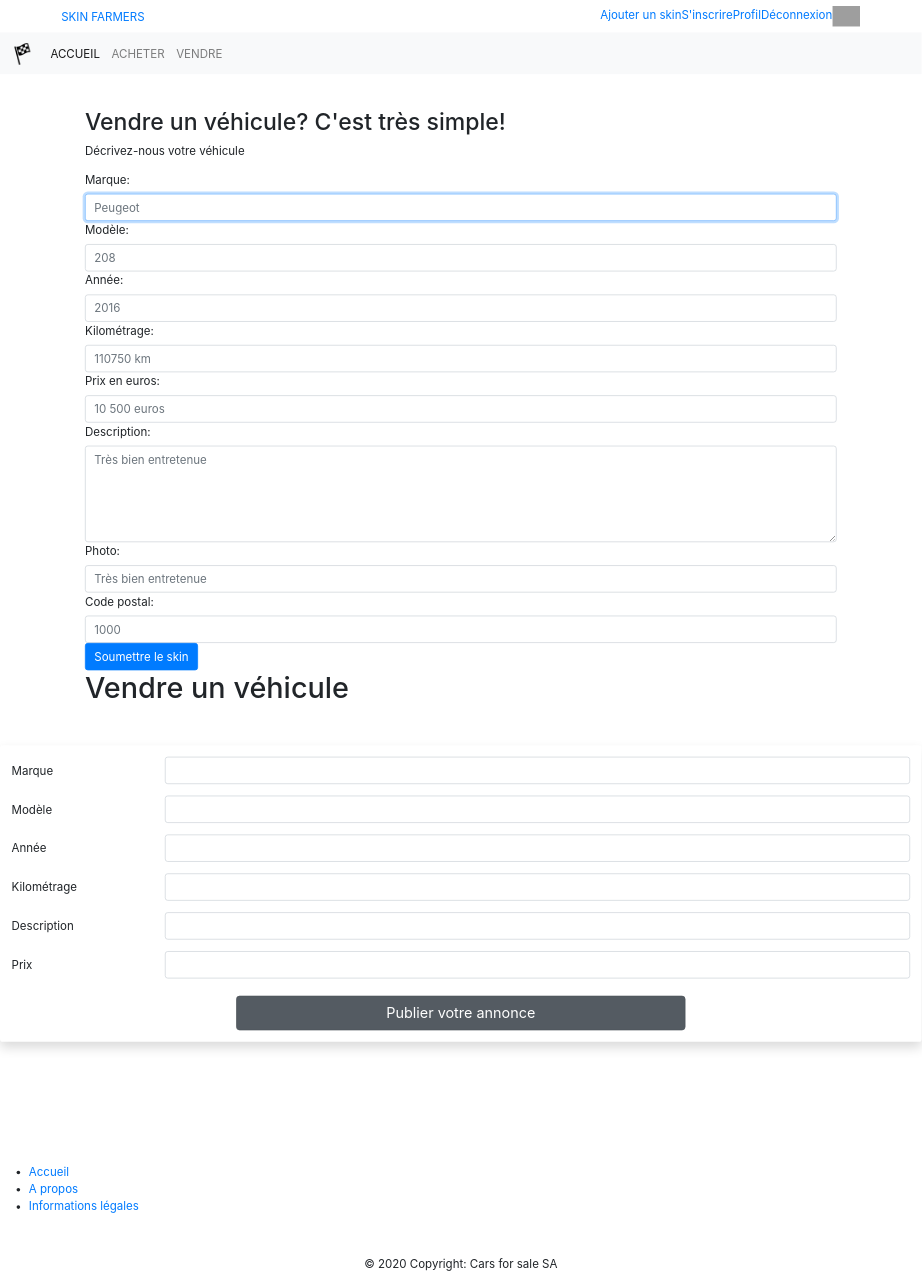
Repository: JonasvanHoorebeke/node_project_carforsale_final
Page: http://localhost/annonce/add
The author's editor kept a copy of each file at every save. The page is drawn from the files as they stood at one save, then again after the next save.
The browser window is 1280 px wide. The pictures show the whole page, at 72% of full size.
Pictures or frames that could not be fetched are drawn as grey boxes. The page is served by the project's Node server (server.js). Other server files are loaded and not shown.

Above is the page before, as saved 2020-08-25 10:29:34.

### views/annonce_add.ejs

<%- include('header.ejs') %>
<div class="container p-5">
  <h2 class="introsignup">Vendre un véhicule? C'est très simple!</h2>
  <p>Décrivez-nous votre véhicule</p>
  <form action="/annonce/save" method="post">
    <div class="infosignup">
        <label for="marque" class="nomdescases">Marque:</label>
        <input type="text" class="form-control" id="marque" placeholder="Peugeot" name="marque" required autofocus>
    </div>
    <div class="infosignup">
        <label for="modele" class="nomdescases">Modèle:</label>
        <input type="text" class="form-control" id="modele" placeholder="208" name="modele" required aria-label="modele">
    </div>
    <div class="infosignup">
        <label for="annee" class="nomdescases">Année:</label>
        <input type="number" class="form-control" id="annee" placeholder="2016" name="annee" required aria-label="annee">
    </div>
    <div class="infosignup">
        <label for="kilometrage" class="nomdescases">Kilométrage:</label>
        <input type="number" class="form-control" id="kilometrage" placeholder="110750 km" name="kilometrage" required aria-label="kilometrage">
    </div>
    <div class="infosignup">
        <label for="prix" class="nomdescases">Prix en euros:</label>
        <input type="number" class="form-control" id="pwd" placeholder="10 500 euros" name="prix" required aria-label="prix">
    </div>
    <div class="infosignup">
        <label for="description" class="nomdescases">Description:</label>
        <textarea type="textarea" cols="40" rows="5" class="form-control" id="description" placeholder="Très bien entretenue" name="description" required aria-label="description"></textarea>
    </div>
    <div class="infosignup">
        <label for="photo" class="nomdescases">Photo:</label>
        <input type="text" class="form-control" id="photo" placeholder="Très bien entretenue" name="photo" required aria-label="photo">
    </div>
    <div class="infosignup">
        <label for="codepostal" class="nomdescases">Code postal:</label>
        <input type="text" class="form-control" id="codepostal" placeholder="1000" name="codepostal" required aria-label="codepostal">
    </div>
    <!--div class="infosignup">
        <label for="idcateg" class="nomdescases">Catégorie: (1 = ancien , 2 = récent, 3 = neuf)</label>
        <input type="text" class="form-control" id="categ" placeholder="2" name="idcateg" required>
    </div-->
    <!--<div class="infosignup">
        <label for="idcateg" class="nomdescases">Catégorie   :   (1 = ancien , 2 = récent, 3 = neuf)&nbsp&nbsp&nbsp&nbsp</label>
            <select id="idcateg" name="idcateg" required>
                <option value="1">1</option>
                <option value="2">2</option>
                <option value="3">3</option>
            </select>
    </div>
    <div class="infosignup">
        <label for="idrare" class="nomdescases">Catégorie   :   (1 = Commun , 2 = Peu commun, 3 = Rare, 4 = Mythique)&nbsp&nbsp&nbsp&nbsp</label>
            <select id="idrare" name="idrare" required>
                <option value="1">1</option>
                <option value="2">2</option>
                <option value="3">3</option>
                <option value="4">4</option>
            </select>
    </div>-->
    <div class="login">
    <button type="submit" class="btn btn-primary" class="login">Soumettre le skin</button>
</div>
</form>



<h1>Vendre un véhicule</h1>
</div>
</div>
<form class="form-group shadow p-3 mb-5 text-black bg-white rounded" method='post'>
<div class="form-group row">
    <label for="inputMarque" class="col-sm-2 col-form-label">Marque</label>
    <div class="col-sm-10">
      <input type="marque" class="form-control" id="inputMarque" name='marque'>
    </div>
</div>
<div class="form-group row">
    <label for="inputModele" class="col-sm-2 col-form-label">Modèle</label>
    <div class="col-sm-10">
      <input type="modele" class="form-control" id="inputModèle" name='modele'>
    </div>
</div>
<div class="form-group row">
    <label for="inputAnnee" class="col-sm-2 col-form-label">Année</label>
    <div class="col-sm-10">
      <input type="annee" class="form-control" id="inputAnnée" name='annee'>
    </div>
</div>
<div class="form-group row">
    <label for="inputKilometrage" class="col-sm-2 col-form-label">Kilométrage</label>
    <div class="col-sm-10">
      <input type="kilometrage" class="form-control" id="inputKilometrage" name='kilometrage'>
    </div>
</div>
<div class="form-group row">
    <label for="textDescription" class="col-sm-2 col-form-label">Description</label>
    <div class="col-sm-10">
        <input type="description" class="form-control" id="textDescription" name='description'></textarea>
    </div>
</div>
<div class="row" class="form-group row">
    <label for="inputPrix" class="col-sm-2 col-form-label">Prix</label>
    <div class="col-sm-10">
      <input type="prix" class="form-control" id="inputPrix" name='prix'>
</div>
</div>
</br>
<button class="btn btn-secondary btn-lg active col-md-6 offset-md-3">Publier votre annonce</button>
    <input type="hidden"/>
</form>






</div>
</br></br></br></br></br>
<%- include('footer.ejs') %>

### views/header.ejs
<!DOCTYPE html>
<html lang="fr">

<head>
  <title>Skin Farmers - La plateforme de vente de skins</title>
  <meta charset="utf-8">
  <meta name="viewport" content="width=device-width, initial-scale=1.0">
  <!--<link href="/css/style.css" rel="stylesheet" type="text/css">
  <link rel="stylesheet" href="https://maxcdn.bootstrapcdn.com/bootstrap/4.3.1/css/bootstrap.min.css">
  <script type="text/javascript" src="../scripts/scriptindex.js"></script>
  <script src="https://ajax.googleapis.com/ajax/libs/jquery/3.4.1/jquery.min.js"></script>
  <script src="https://maxcdn.bootstrapcdn.com/bootstrap/4.3.1/js/bootstrap.min.js"></script>-->
  <link rel="stylesheet" href="https://stackpath.bootstrapcdn.com/bootstrap/4.4.1/css/bootstrap.min.css" integrity="sha384-Vkoo8x4CGsO3+Hhxv8T/Q5PaXtkKtu6ug5TOeNV6gBiFeWPGFN9MuhOf23Q9Ifjh" crossorigin="anonymous">
    <!-- Plugin JS, jQuery Bootstrap -->
    <script src="https://code.jquery.com/jquery-3.5.1.slim.min.js" integrity="sha384-DfXdz2htPH0lsSSs5nCTpuj/zy4C+OGpamoFVy38MVBnE+IbbVYUew+OrCXaRkfj" crossorigin="anonymous"></script>
    <script src="https://cdn.jsdelivr.net/npm/popper.js@1.16.0/dist/umd/popper.min.js" integrity="sha384-Q6E9RHvbIyZFJoft+2mJbHaEWldlvI9IOYy5n3zV9zzTtmI3UksdQRVvoxMfooAo" crossorigin="anonymous"></script>
    <script src="https://stackpath.bootstrapcdn.com/bootstrap/4.5.0/js/bootstrap.min.js" integrity="sha384-OgVRvuATP1z7JjHLkuOU7Xw704+h835Lr+6QL9UvYjZE3Ipu6Tp75j7Bh/kR0JKI" crossorigin="anonymous"></script>

</head>
<body>
    <nav class="navbar navbar-light navbar-expand-md navigation-clean">
        <div class="container"><a class="skinfarmers" href="/">SKIN FARMERS</a><button data-toggle="collapse" class="navbar-toggler" data-target="#navcol-1"><span class="sr-only">Toggle navigation</span><span class="navbar-toggler-icon"></span></button>
            <div class="collapse navbar-collapse"
                id="navcol-1">
                <ul class="nav navbar-nav ml-auto">
                    <li role="presentation"><a class="navboutonergo" href="/annonce/add">Ajouter un skin</a></li>
                    <!--li role="presentation"><a class="navbouton" href="#">Fonctionnement</a></li>-->
                    <li role="presentation"><a class="navbouton" href="/signup/now">S'inscrire</a></li>
                    <li role="presentation"><a class="navbouton" href="/profil">Profil</a></li>
                    <li role="presentation"><a class="navbouton" href="/logout">Déconnexion</a></li>
                    <!--li role="presentation"><a class="navbouton" href="/cart">cart</a></li>-->
                    <li><a href="/cart" class="cartlogo"><img src="/css/ttt.png" alt="bouton panier" style="max-width: 39px;"></a></li>
                </ul>
            </div>
        </div>
    </nav>
    <!-- Menu -->
    <nav class="navbar navbar-expand-sm navbar-light bg-light">
        <a class="navbar-brand" href="/">
          <img src="images/cars-for-sale-logo.png" width="30" height="30" alt="Logo de Cars for sale">
        </a>
        <button class="navbar-toggler" type="button" data-toggle="collapse" data-target="#navbarNav" aria-controls="navbarNav" aria-expanded="false" aria-label="Toggle navigation">
          <span class="navbar-toggler-icon"></span>
        </button>
        <div class="collapse navbar-collapse" id="navbarNav">
          <ul class="navbar-nav">
            <li class="nav-item active">
              <a class="nav-link" href="/">ACCUEIL <span class="sr-only">(current)</span></a>
            </li>
            <li class="nav-item">
              <a class="nav-link" href="/acheter">ACHETER</a>
            </li>
            <li class="nav-item">
              <a class="nav-link" href="/form">VENDRE</a>
            </li>
          </ul>
        </div>
      </nav>

### views/footer.ejs
<!--<!DOCTYPE html>
<html lang="fr">
<head>
  <title></title>
  <meta charset="utf-8">
  <meta name="viewport" content="width=device-width, initial-scale=1.0">
  <link rel="stylesheet" href="https://stackpath.bootstrapcdn.com/bootstrap/4.4.1/css/bootstrap.min.css" integrity="sha384-Vkoo8x4CGsO3+Hhxv8T/Q5PaXtkKtu6ug5TOeNV6gBiFeWPGFN9MuhOf23Q9Ifjh" crossorigin="anonymous">
  <link href="/css/style.css" rel="stylesheet" type="text/css">
  <link rel="stylesheet" href="https://maxcdn.bootstrapcdn.com/bootstrap/4.3.1/css/bootstrap.min.css">
</head>
<div id="page">
  <div class="footerr">
      <footer>
          <ul class="boutonfooter">
              <li class="bouton"><a href="/">Accueil</a></li>
              <li class="bouton"><a href="#">A propos</a></li>
              <li class="bouton"><a href="/infoleg">Informations légales</a></li>
          </ul>
      </br>
          <p class="copyright">Skins FARMERS @ 2020</p>
      </footer>
  </div>
</div>
</body>
</html>

    <!-- Footer -->
    <footer class="page-footer font-small blue">
      <ul class="boutonfooter">
        <li class="bouton"><a href="/">Accueil</a></li>
        <li class="bouton"><a href="#">A propos</a></li>
        <li class="bouton"><a href="/infoleg">Informations légales</a></li>
      </ul>
      </br>
      <!-- Copyright -->
      <div class="footer-copyright text-center py-3">© 2020 Copyright:
          <a> Cars for sale SA</a>
      </div>
  </footer>

### server.js
const path = require('path');
const express = require('express');
const ejs = require('ejs');
const bodyParser = require('body-parser');
const mysql = require('mysql');
const app = express();
const http = require('http');
const mysqlConnection = require("./connection.js");
var router = express.Router();
var session = require('express-session');
var cookieParser = require('cookie-parser');



//set views file
app.set('views',path.join(__dirname,'views'));

//set view engine
app.set('view engine', 'ejs');
app.use(bodyParser.json());
app.use(bodyParser.urlencoded({ extended: false }));
app.use(cookieParser());
app.use(session({
  secret: 'secret',
  resave: false,
  saveUninitialized: true
}))
app.use(express.static(__dirname + '/public')) //pour utiliser le css en local (fichiers statiques)



//app.use('/', routesUsers);
let routesUsers = require("./routes/routesAnnonces");
app.use('/', routesUsers);
// Server Listening
app.listen(3000, () => {
    console.log('I am feeling great on port 3000');
});

### controllers/annonceControllers.js

let mysqlConnection = require('../connection');
let Annonce = require('../models/userModels');

/* GET home page. */
exports.mainrender = function (req, res) {
  let sql = "SELECT * FROM annonce INNER JOIN categorie ON categorie.idcategorie = annonce.idcategorie";
  let query = mysqlConnection.query(sql, (err, rows) => {
      if(req.session.role === 'SuperAdmin')
      res.render('admin.ejs', {
          title : 'Annonces',
          annonce : rows
      });
      else{
      res.render('admin.ejs', {
          title :'Annonces',
          annonce : rows

      })
      }
  });
};

/* GET form for new annonce */
exports.annonceNew = function (req, res) {
  res.render('annonce_add', {
      title : "Vendre un véhicule"
  });
};

  /* POST form for new annonce */
  exports.annonceAdd = function (req, res) {
  let annonce = new Annonce(req.body.idannonce, req.body.marque, req.body.modele, req.body.annee, req.body.kilometrage, req.body.prix, req.body.description, req.body.photo, req.body.codepostal, req.body.categorie);
  console.log(annonce);
  mysqlConnection.query("INSERT INTO annonce SET?",
      annonce, function (err, results) {
          if (err) {
              res.status(400).send(error);
          } else {
              res.status(200).redirect('/');
          }
      });
  };

  /* GET update annonce */
  exports.annonceUpdate = function (req, res) {
  let annonce = new Annonce(req.body.idannonce, req.body.marque, req.body.modele, req.body.annee, req.body.kilometrage, req.body.prix, req.body.description, req.body.photo, req.body.codepostal);
  console.log(annonce);
  mysqlConnection.query("UPDATE annonce SET marque='"+req.body.marque+"', modele='"+req.body.modele+"', annee='"+req.body.annee+"' where idannonce ="+req.body.idannonce,
      [annonce, req.body.idannonce], function (err, results) {
          if (err) {
              console.log(error);
              res.status(400).send(error);
          } else {
              res.status(202).redirect('/');
          }
      })
};

  /* POST update annonce */
exports.annonceEdit = function (req, res) {
  const id = req.params.id;
  let sql = `SELECT * FROM annonce WHERE idannonce = ${id} `; // idannonce = nom clé primaire dans la bd, id est lié au server
  let query = mysqlConnection.query(sql,(err, result)=>{
      if(err) throw err;
      res.render('annonce_edit',{
          title : 'Annonce',
          user : result[0]
      });
  });
};

  /* GET delete annonce */
  exports.annonceDelete = function (req, res) {
  const id = req.params.id;
  let sql = `DELETE from annonce WHERE idannonce = ${id}`;
  let query = mysqlConnection.query(sql,(err, result)=>{
      if(err) throw err;
      res.redirect('/');
  });
};

  /* GET an annonce */
  exports.annonce = function (req, res) {
  const id = req.params.id;
  let sql = `SELECT * from annonce WHERE idannonce = ${id}`;
  let query = mysqlConnection.query(sql,(err, result)=>{
      if(err) throw err;
      res.render('annonce_page',{
          title : 'Annonce demandée',
          annonce : result[0]
      });
  });
};





/* GET home page.
router.get('/', function(req, res, next) {
    res.render('index', { title: 'Cars for Sale' });
  });

  GET test connection.
  router.get('/testconnect', function(req, res, next){
    if (db != null) {
      res.send('La connexion est établie');
    } else {
      res.send('Échec de la tentative de connexion');
    }
  });

  GET generate list of annonces
  router.get('/acheter', function(req, res, next){
    db.query('SELECT * FROM tb_annonce', function(err, rs) {
      res.render('select', {acheter: rs}); // res.render = génère un modèle de vue
    });
  });

   GET generate specific annonce
   router.get('/detail', function(req, res, next){
    db.query('SELECT FROM tb_annonce WHERE id = ?', function(err, rs) {
      res.render('detail', {detail: rs}); // res.render = génère un modèle de vue
    });
  });

   GET form for new annonce
  router.get('/form', function(req, res, next){
    res.render('form', { acheter: {} });
  });

   POST form for new annonce
  router.post('/form', function(req, res, next){
    db.query('INSERT INTO tb_annonce SET ?', req.body, function(err, rs){
      res.render('new');
    })
  })

   GET delete annonce
  router.get('/delete', function(req, res, next) {
    db.query('DELETE FROM tb_annonce WHERE id = ?', req.query.id, function(err, rs) {
      res.redirect('/acheter');
    })
  });

   GET update annonce
  router.get('/edit', function(req, res, next) {
    db.query('SELECT * FROM tb_annonce WHERE id = ?', req.query.id, function(err, rs){
      res.render('form', {acheter: rs[0]});
    })
  });

   POST update annonce
  router.post('/edit', function(req, res, next) {
    var param =  [
      req.body,       // data for query
      req.query.id    // condition for update
    ]
    db.query('UPDATE tb_annonce SET ? WHERE id = ?', param, function(err, rs) {
      res.redirect('/acheter');    // go to page select
    })
  })
  */

### connection.js
const mysql = require("mysql");

var mysqlConnection = mysql.createConnection({
    host : "localhost",
    user : "root",
    password : "root",
    database : "db_carforsale",
    multipleStatements : true
});

mysqlConnection.connect((err)=>{
    if(!err)
        {
            console.log("Database connected <3");
        }
    else
        {
            console.log("Something went wrong with the database :( ");
        }
})

module.exports = mysqlConnection;

After the next save:
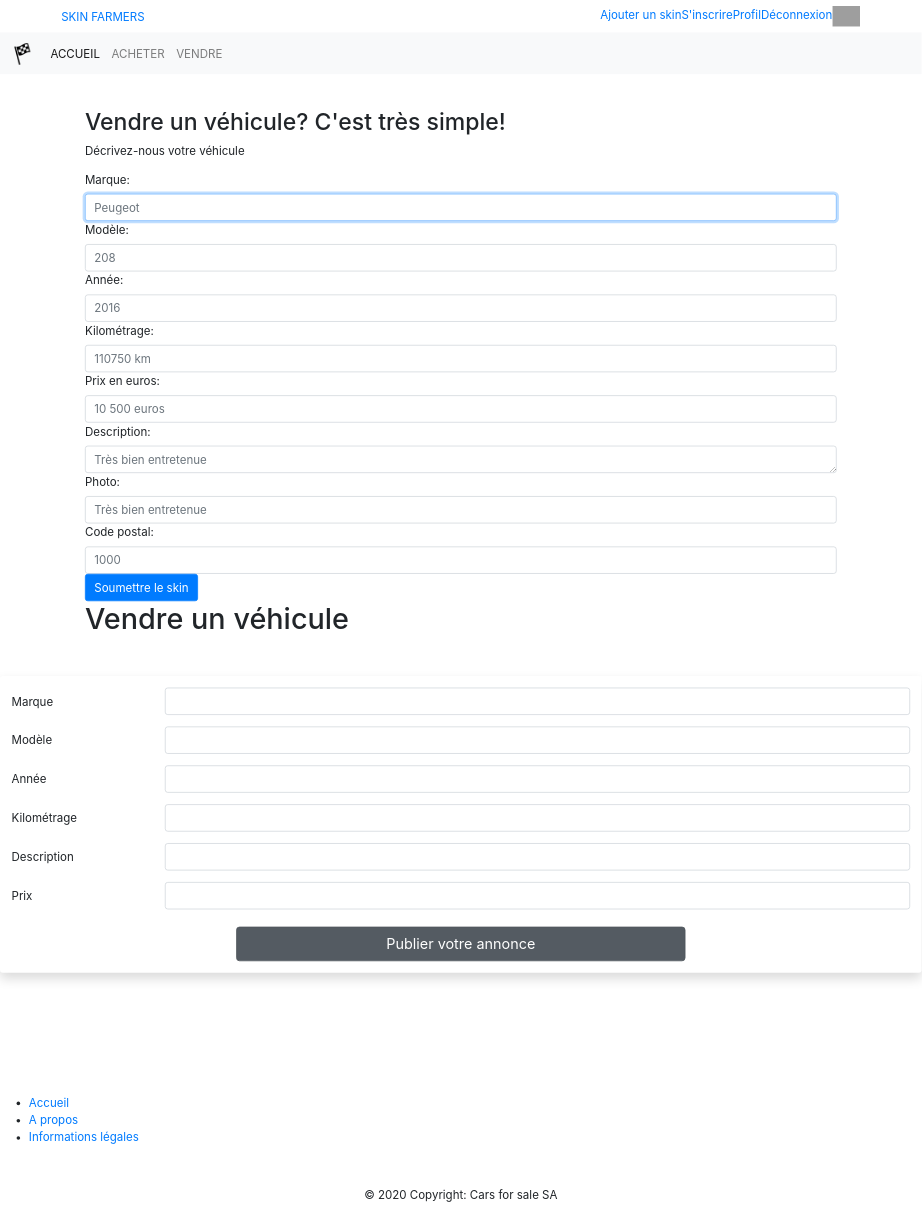
Saved 15 s later.
--- a/views/annonce_add.ejs
+++ b/views/annonce_add.ejs
@@ -26,7 +26,7 @@
     </div>
     <div class="infosignup">
         <label for="description" class="nomdescases">Description:</label>
-        <textarea type="textarea" cols="40" rows="5" class="form-control" id="description" placeholder="Très bien entretenue" name="description" required aria-label="description"></textarea>
+        <textarea type="textarea" cols="40" rows="1" class="form-control" id="description" placeholder="Très bien entretenue" name="description" required aria-label="description"></textarea>
     </div>
     <div class="infosignup">
         <label for="photo" class="nomdescases">Photo:</label>
